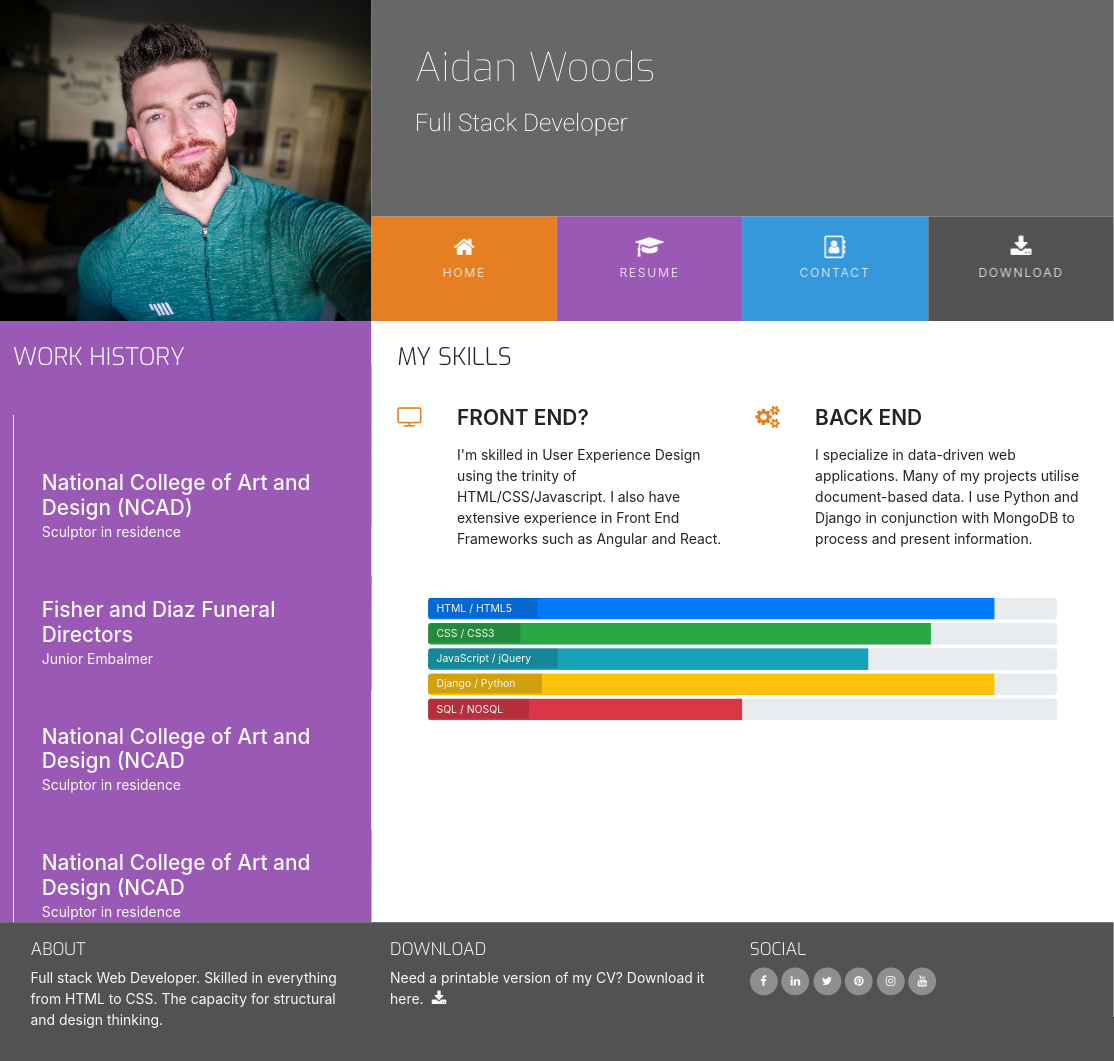
Repository: woodsyboi/Resume
Page: resume.html
The author's editor kept a record of every edit. The page is drawn from the files as they stood at one moment, then again after the next edit.
The browser window is 1280 px wide. The pictures show the whole page, at 87% of full size.

Above is the page before.

### resume.html
<!DOCTYPE html>
<html lang="en">

<head>
    <meta charset="UTF-8">
    <meta name="viewport" content="width=device-width, initial-scale=1.0">
    <meta http-equiv="X-UA-Compatible" content="ie=edge">
    <link rel="stylesheet" href="https://stackpath.bootstrapcdn.com/bootstrap/4.3.1/css/bootstrap.min.css" type="text/css" />
    <link rel="stylesheet" href="https://stackpath.bootstrapcdn.com/font-awesome/4.7.0/css/font-awesome.min.css" type="text/css" />
    <link rel="stylesheet" href="https://cdnjs.cloudflare.com/ajax/libs/hover.css/2.3.1/css/hover-min.css
" type="text/css" />
    <link rel="stylesheet" href="assets/css/style.css" type="text/css" />
    <title>Aidan</title>
</head>

<body>
    <header>
        <div class="row no-gutters">
            <a href="index.html" class="col-md-4 logo">

            </a>
            <div class="col-md-8">
                <div class="row no-gutters bg-color-name-title">
                    <div class="col heading">
                        <h1 class="name">Aidan Woods</h1>
                        <h2 class="title">Full Stack Developer</h2>
                    </div>

                </div>
                <div class="row no-gutters">
                    <div class="col">
                        <ul id="nav" class="list-inline menucontainer">
                            <li class="col-6 col-sm-3 ui-menu-color-home list-inline-item menuitem">
                                <a href="#" class="hvr-sweep-to-bottom"><i class="fa fa-home"></i><span>Home</span></a>
                            </li>
                            <li class="col-6 col-sm-3 ui-menu-color-resume list-inline-item menuitem">
                                <a href="#" class="hvr-sweep-to-bottom"><i class="fa fa-graduation-cap"></i><span>Resume</span></a>
                            </li>
                            <li class="col-6 col-sm-3 ui-menu-color-contact list-inline-item menuitem">
                                <a href="#" class="hvr-sweep-to-bottom"><i class="fa fa-address-book-o"></i><span>Contact</span></a>
                            </li>
                            <li class="col-6 col-sm-3 ui-menu-color-download list-inline-item menuitem">
                                <a href="#" class="hvr-sweep-to-bottom"><i class="fa fa-download"></i><span>Download</span></a>
                            </li>
                        </ul>
                    </div>
                </div>

            </div>
        </div>
    </header>
    <section class="container-fluid">

        <div class="row ">
            <div class="col-md-4 bg-color-work-history section-coloum">
                <div class="row">
                    <div class="col-12">
                        <h3 class="history-heading uppercase">
                            Work History
                        </h3>
                    </div>
                </div>
                <div class="timeline-item" data-dates="02/1998 - 04/2004">
                    <h4>National College of Art and Design (NCAD)</h4>
                    <p>Sculptor in residence</p>
                </div>
                <div class="timeline-item" data-dates="04/2004 - 06/2008">
                    <h4>Fisher and Diaz Funeral Directors</h4>
                    <p>Junior Embalmer</p>
                </div>
                <div class="timeline-item" data-dates="06/2008 - 06/2011">
                    <h4>National College of Art and Design (NCAD</h4>
                    <p>Sculptor in residence</p>
                </div>
                <div class="timeline-item" data-dates="06/2011 - Present">
                    <h4>National College of Art and Design (NCAD</h4>
                    <p>Sculptor in residence</p>
                </div>
            </div>


            <div class="col-md-8 bg-color-three-reasons section-column">
                <div class="row">
                    <div class="col">
                        <h3 class="section-heading uppercase">My Skills</h3>
                    </div>
                </div>
                <div class="row">
                    <div class="col-10 offset-1 offset-sm-0 col-sm-4 col-md-6">
                        <div class="row">
                            <div class="col-2">
                                <i class="three-reasons-icon fa fa-tv" aria-hidden="true"></i>
                            </div>
                            <div class="col-10">
                                <h4 class="three-reasons-heading uppercase">Front End?</h4>
                                <p>
                                    I'm skilled in User Experience Design using the trinity of HTML/CSS/Javascript. I also have extensive experience in Front End Frameworks such as Angular and React. </p>
                            </div>
                        </div>
                    </div>
                    <div class="col-10 offset-1 offset-sm-0 col-sm-4 col-md-6">
                        <div class="row">
                            <div class="col-2">
                                <i class="three-reasons-icon fa fa-gears" aria-hidden="true"></i>
                            </div>
                            <div class="col-10">
                                <h4 class="three-reasons-heading uppercase">Back End</h4>
                                <p>
                                    I specialize in data-driven web applications. Many of my projects utilise document-based data. I use Python and Django in conjunction with MongoDB to process and present information.
                                </p>
                            </div>
                        </div>
                    </div>


                </div>

                <div class="row progress-section">
                    <div class="col">
                        <div class="progress">
                            <div class="progress-bar" role="progressbar" aria-valuenow="90" aria-valuemin="0" aria-valuemax="100" style="width:90%;">
                                <span class="sr-only">90% complete</span>
                            </div>
                            <span class="progress-type">HTML / HTML5</span>
                        </div>
                        <div class="progress">
                            <div class="progress-bar bg-success" role="progressbar" aria-valuenow="980" aria-valuemin="0" aria-valuemax="100" style="width:80%;">
                                <span class="sr-only">80% complete</span>
                            </div>
                            <span class="progress-type">CSS / CSS3</span>
                        </div>
                        <div class="progress">
                            <div class="progress-bar bg-info" role="progressbar" aria-valuenow="70" aria-valuemin="0" aria-valuemax="100" style="width:70%;">
                                <span class="sr-only">70% complete</span>
                            </div>
                            <span class="progress-type">JavaScript / jQuery</span>
                        </div>
                        <div class="progress">
                            <div class="progress-bar bg-warning" role="progressbar" aria-valuenow="90" aria-valuemin="0" aria-valuemax="100" style="width:90%;">
                                <span class="sr-only">90% complete</span>
                            </div>
                            <span class="progress-type">Django / Python</span>
                        </div>
                        <div class="progress">
                            <div class="progress-bar bg-danger" role="progressbar" aria-valuenow="50" aria-valuemin="0" aria-valuemax="100" style="width:50%;">
                                <span class="sr-only">50% complete</span>
                            </div>
                            <span class="progress-type">SQL / NOSQL</span>
                        </div>
                    </div>
                </div>
            </div>
        </div>

    </section>
    <footer class="container-fluid">
        <div id="footer-details" class="row">
            <div class="col-sm-4">
                <h5 class="uppercase general-sub">About</h5>
                <p class="inline-block">
                    Full stack Web Developer. Skilled in everything from HTML to CSS. The capacity for structural and design thinking.</p>

            </div>
            <div class="col-sm-4">
                <h5 class="uppercase general-sub">Download</h5>
                <p class="inline-block">
                    Need a printable version of my CV? Download it here.
                    <a href="#" target="_blank" class="cv-pdf">
                        <i class="fa fa-download" aria-hidden="true"></i>
                        <span class="sr-only"> Download Link.</span>
                    </a>
                </p>

            </div>
            <div class="col-sm-4">
                <h5 class="uppercase general-sub">Social</h5>
                <ul class="list-inline social-links">
                    <li class="list-inline-item">
                        <a target="_blank" href="#">
                            <i class="fa fa-facebook" aria-hidden="true"></i>
                            <span class="sr-only">Facebook</span>
                        </a>
                    </li>
                    <li class="list-inline-item">
                        <a target="_blank" href="#">
                            <i class="fa fa-linkedin" aria-hidden="true"></i>
                            <span class="sr-only">LinkedIn</span>
                        </a>
                    </li>
                    <li class="list-inline-item">
                        <a target="_blank" href="#">
                            <i class="fa fa-twitter" aria-hidden="true"></i>
                            <span class="sr-only">Twitter</span>
                        </a>
                    </li>
                    <li class="list-inline-item">
                        <a target="_blank" href="#">
                            <i class="fa fa-pinterest" aria-hidden="true"></i>
                            <span class="sr-only">Pinterest</span>
                        </a>
                    </li>
                    <li class="list-inline-item">
                        <a target="_blank" href="#">
                            <i class="fa fa-instagram" aria-hidden="true"></i>
                            <span class="sr-only">Instagram</span>
                        </a>
                    </li>
                    <li class="list-inline-item">
                        <a target="_blank" href="#">
                            <i class="fa fa-youtube" aria-hidden="true"></i>
                            <span class="sr-only">YouTube</span>
                        </a>
                    </li>
                </ul>

            </div>
        </div>
    </footer>

</body>

</html>

### assets/css/style.css
@import url('https://fonts.googleapis.com/css?family=Roboto:100,200,300,400,500,600,700|Exo:100,200,300,400,500,600,700');


/*------------------------------Colors--------*/

.bg-color-name-title {
    background-color: #676767;
}


.bg-color-three-reasons {
    background-color:#fff;
}

.bg-color-personal-info {
    background-color: #f4f4f4;
}

.ui-menu-color-home {
    background-color: #e67e22;

}

.ui-menu-color-resume {
    background-color: #9b59b6;

}

.ui-menu-color-contact {
    background-color: #3498db;

}

.ui-menu-color-download {
    background-color: #525252;

}

.bg-color-work-history {
    background-color: #9b59b6;
}

/*----------------------------special paddings/margins/text*/

h1,
h2,
h3,
h4 {
    margin: 0;
}

.uppercase {
    text-transform: uppercase;
}

.general-sub {
    font-family:"Exo", sans-serif;
    font-weight: 300;
    color: #fafafa;
}

.inline-block{
    display:inline-block;
}

.row-table {
    display:table;
}

.section-column {
    display:table-cell;
    padding:0 30px 30px;
    float:none;
}

.history-heading,
.section-heading{
    font-family:"Exo", sans-serif;
    font-weight: 300;
    margin-top: 25px;
    margin-bottom: 40px;
}
/*-------------------------------Heading--------*/

header {

    margin: 0;

}

.heading {
    margin-left: 50px;

}

.logo {
    background: url("../images/my_face.jpg");
    background-position: center;
    background-repeat: no-repeat;
    background-size: cover;
    min-height: 360px;
    transition: all .5s ease-in-out;
    -moz-transition: all .5s ease-in-out;
    -webkit-transition: all .5s ease-in-out;
}

.name {
    font-family: "Exo", sans-serif;
    font-weight: 100;
    font-size: 46px;
    margin-top: 50px;
    color: #fff;

}

.title {
    font-family: "Roboto", sans-serif;
    font-weight: 200;
    font-size: 28px;
    margin-top: 20px;
    margin-bottom: 90px;
    color: #fff;

}

.list-inline-item:not(:last-child) {
    margin: 0;
}

.menucontainer {
    font-size: 0;
}

#nav {
    margin: 0;
}

#nav li {
    font-size: 14px;
    padding: 0;
}


.menuitem {
    height: 120px;
    text-align: center;
    padding: 0;

}

.menuitem a {
    width: 100%;
    text-decoration: none;
    color: #fff;
    height: 120px;

}

.menuitem a i {
    padding-top: 22px;
    display: block;
    color: #fafafa;
    font-size: 26px;


}

.menuitem span {
    display: block;
    width: 100%;
    padding-top: 5px;
    text-align: center;
    text-transform: uppercase;
    font-size: 14px;
    font-weight: 300;
    letter-spacing: 2px;

}



/*----------------------------hover*/

.hvr-sweep-to-bottom:before {
    background-color: rgba(0, 0, 0, 0.2);
    height: 120px;

}


/*-------------------------------footer--------*/

footer{
    background-color: #525252;
    color:#fafafa;
    min-height: 120px;
}


.cv-pdf i{
   font-size: 18px;
   color: #fafafa;
   text-align: center;
   padding-left: 5px;
   transition: all 0.35s ease-in-out;
   -moz-transition: all 0.35s ease-in-out;
   -webkit-transition: all 0.35s ease-in-out;
   -o-transition: all 0.35s ease-in-out;

}

.cv-pdf i:hover {
    color:#e84710;
}

.social-links{
    padding-bottom: 15px;
}

.social-links li a i {
    width:32px;
    height:32px;
    padding:12px 0;
    border-radius:50%;
    font-size: 13px;
    line-height: 7px;
    text-align:center;
    color:#fafafa;
    background:#8f8f8f;
    transition: all 0.35s ease-in-out;
   -moz-transition: all 0.35s ease-in-out;
   -webkit-transition: all 0.35s ease-in-out;
   -o-transition: all 0.35s ease-in-out;

}

.social-links li a i:hover {
    background:#e84710;
}

#footer-details {
    padding:20px;
}

/*-------------------------------Three reasons--------*/

.three-reasons-icon {
    font-size:26px;
    color: #e67e22;
}

.three-reasons-heading {
    margin-bottom: 15px;
}

.three-reasons-heading {
    font-weight: 600;
}

/*------------------------------Personal Info--------*/

.personal-info-item {
    margin-bottom:20px;
    display: block;
    clear: both;
}

.personal-info-item .key,
.personal-info-item .value {
    padding-right:8px;
    display:inline-block;

}

.personal-info-item .key p,
.personal-info-item .value p{
    margin:0;
}

.personal-info-item .key{
    width:30%;
    margin-right:21px;
    padding-top:2px;
    vertical-align:top;
}

.personal-info-item .key p {
    font-weight: 700;
}

.personal-info-item .value{
    position: relative;
    width: 60%;
}

/*-----------------------------Skills--------*/

.progress{
    position: relative;
    height:25px;
    margin-bottom:4px;
}

.progress-type {
    position: absolute;
    left:0px;
    font-weight: 400;
    padding: 3px 30px 2px 10px;
    color: #fafafa;
    background-color: rgba(25,25,25,0.2);
}

.progress-section {
    margin: 40px 20px;
}

/*-----------------------------work history--------*/


.history-heading{
    color:#fafafa;
    margin-bottom: 50px;
}

.timeline-item {
    padding: 4em 2em 0em 2em;
    position:relative;
    color: #fafafa;
    border-left: 1px solid;


}

.timeline-item p {
    padding: 0;
    margin: 0;

}
.timeline-item:before {
    content:attr{data-dates);
    position: absolute;
    left: 2.5em;
    top: 3em;
    display: block;
    font-family: "Exo", sans-serif;
    font-weight: 500;
    font-size: 0.8em;
    padding:0;
    margin:0;
}

.timeline-item:after {
    width: 12px;
    height: 12px;
    display: block;
    top: 2.4em;
    position:absolute;
    left:-6px;
    border-radius:12px;
    content: '';
    background: #fafafa;
}

After the next edit:
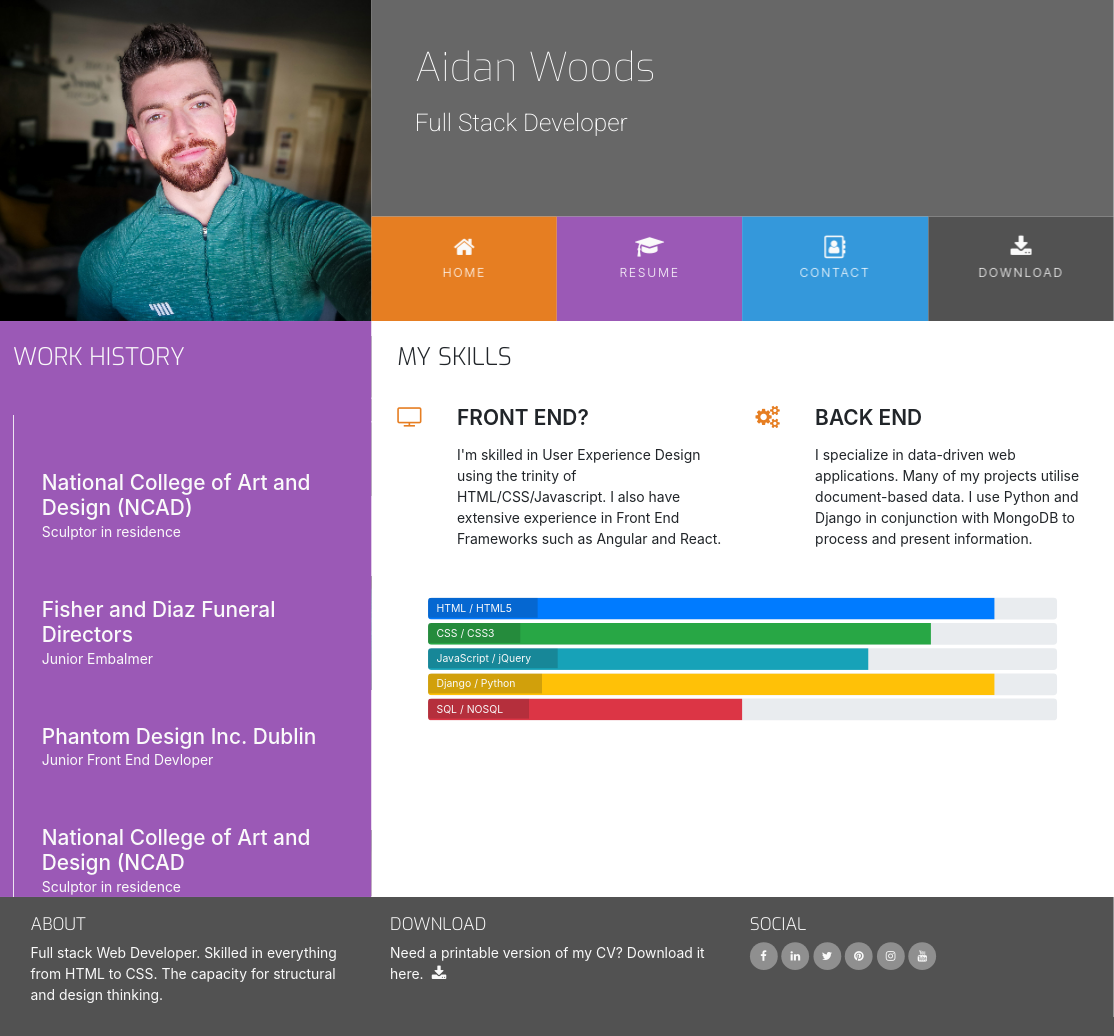
The edit:
--- a/resume.html
+++ b/resume.html
@@ -69,8 +69,8 @@
                     <p>Junior Embalmer</p>
                 </div>
                 <div class="timeline-item" data-dates="06/2008 - 06/2011">
-                    <h4>National College of Art and Design (NCAD</h4>
-                    <p>Sculptor in residence</p>
+                    <h4>Phantom Design Inc. Dublin</h4>
+                    <p>Junior Front End Devloper</p>
                 </div>
                 <div class="timeline-item" data-dates="06/2011 - Present">
                     <h4>National College of Art and Design (NCAD</h4>
